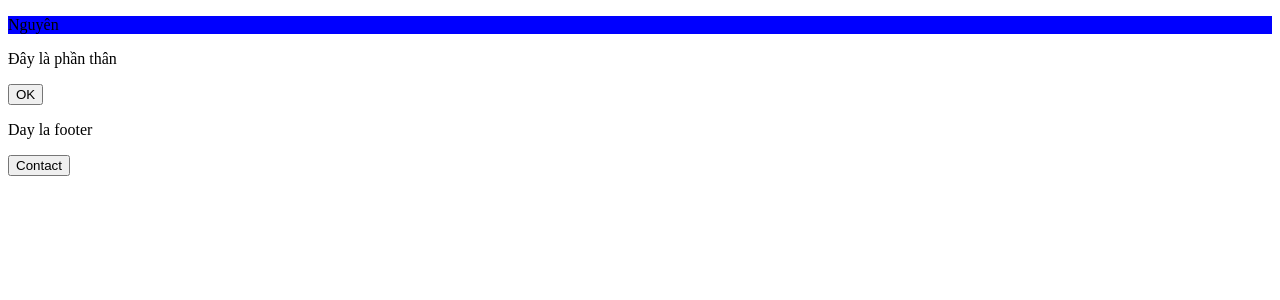
Repository: nguyenary/LeanSASS
Page: index.html
These files come from the project's save history. The page is drawn as it stood at one moment and after the next save; the edit follows.
The browser window is 1280 px wide. The pictures show the whole page.
The style sheet was rebuilt from its Sass, Less or Tailwind sources for each picture, by a compiler version that may differ from the author's.

Above is the page before, as saved 2021-09-04 22:40:50.

### index.html
<!DOCTYPE html>
<html lang="en">
<head>
    <meta charset="UTF-8">
    <meta http-equiv="X-UA-Compatible" content="IE=edge">
    <meta name="viewport" content="width=device-width, initial-scale=1.0">
    <link rel="stylesheet" href="style/index.css">
    <title>Document</title>
</head>
<body>
    <header>
        <p>Nguyên</p>
    </header>
    <section>
        <p>Đây là phần thân</p>
        <button class="btn">OK</button>
    </section>
    <footer>
        <p>Day la footer</p>
        <button>Contact</button>
    </footer>
</body>
</html>

### style/index.scss
header {
    background-color: blue;
}

After the next save:
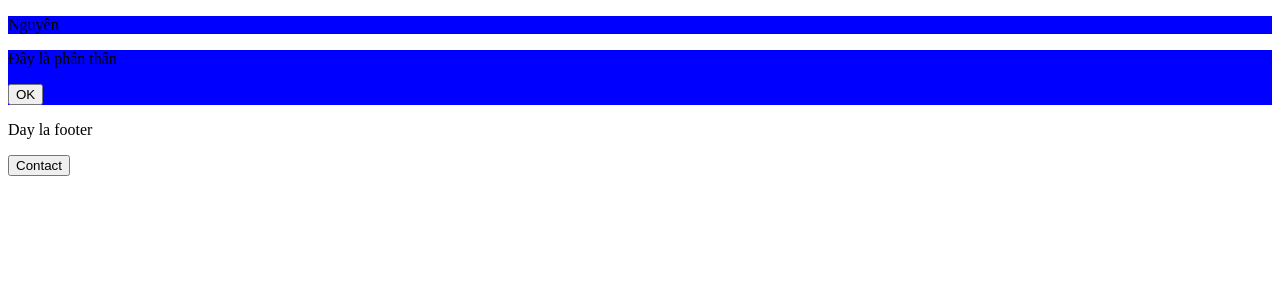
Saved 2 min 43 s later.
--- a/style/index.scss
+++ b/style/index.scss
@@ -1,3 +1,7 @@
 header {
     background-color: blue;
 }
+
+section {
+    background-color: blue;
+}
